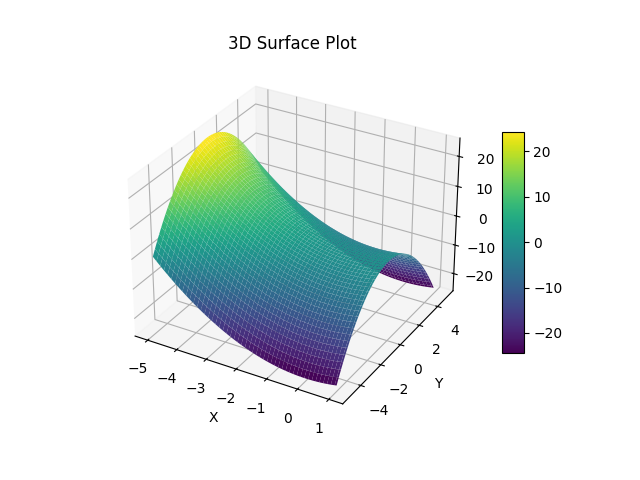
Repository: leoh1223/HW_Python
Script's output: python HW.py
The author's editor kept a copy of each file at every save. The script's output is drawn from the files as they stood at one save, then again after the next save.
Random numbers start from a fixed seed.

Above is the script's output before, as saved 2024-01-08 15:49:40.

After the next save:
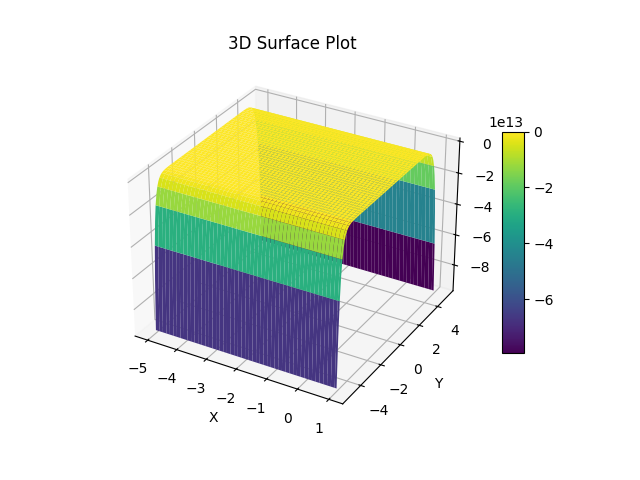
Saved 7 min 54 s later.
--- a/HW.py
+++ b/HW.py
@@ -9,7 +9,7 @@ y = np.linspace(-5, 5, 100)
 x, y = np.meshgrid(x, y)
 
 # Define a function to generate z values (example: a saddle shape)
-z = x**2 - y**2
+z = x**2 - y**20
 
 # Create a 3D plot
 fig = plt.figure()
